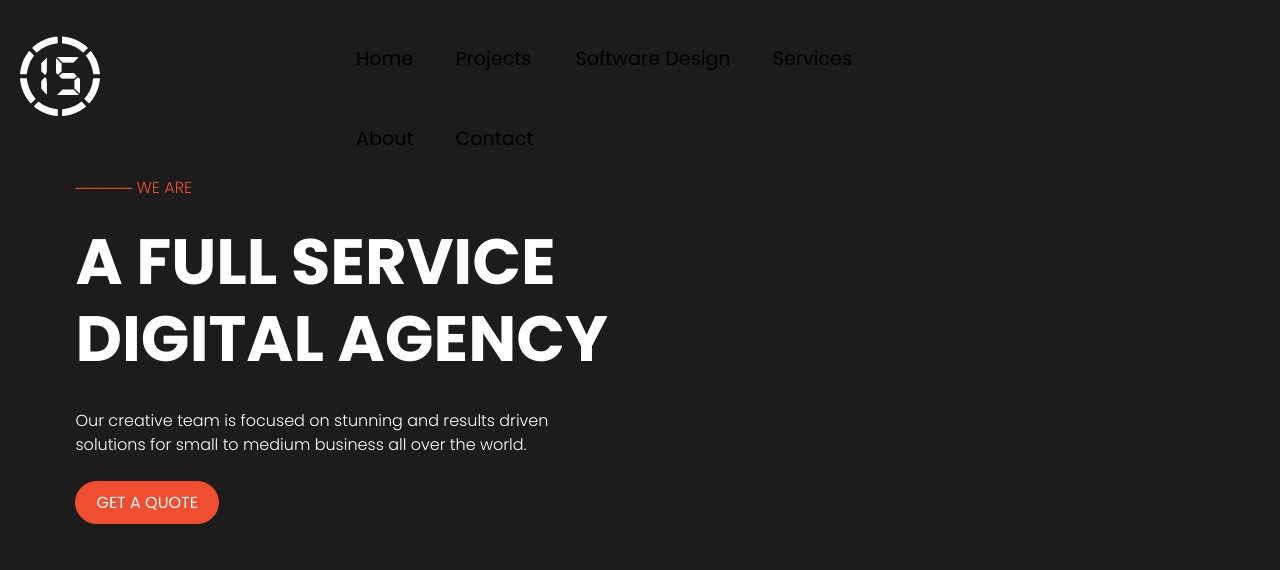
Repository: gopalpurohit54/one5
Page: /
These files come from the project's save history. The page is drawn as it stood at one moment and after the next save; the edit follows.
The browser window is 1280 px wide. The pictures show the whole page.
The project was rebuilt for these pictures with package versions that can differ from the ones it lists, and the page was loaded fresh each time.

Above is the page before, as saved 2021-06-11 15:17:46.

### src/index.css
@import url('https://fonts.googleapis.com/css2?family=Poppins:ital,wght@0,100;0,200;0,300;0,400;0,500;0,600;0,700;0,800;0,900;1,100;1,200;1,300;1,400;1,500;1,600;1,700;1,800;1,900&display=swap');

* {
  margin: 0;
  padding: 0;
  outline: none;
  font-family: 'Poppins', sans-serif;
  -webkit-font-smoothing: antialiased;
  -moz-osx-font-smoothing: grayscale;
}

code {
  font-family: source-code-pro, Menlo, Monaco, Consolas, 'Courier New',
    monospace;
}

### src/components/App.js
import React from 'react';
import Navbar from '../components/Navbar';
import { BrowserRouter as Router, Switch, Route } from 'react-router-dom';
import './App.css';
import Home from '../components/Pages/Home';

function App() {
  return (
    <>
    <Router>
      <Navbar />
      <Switch>
        <Route path='/' exact component= {Home} />
      </Switch>
    </Router>
    </>
  );
}



export default App

### src/components/navbar.js
import React, { useState } from 'react';
import { Link } from 'react-router-dom';
import './Navbar.css';

function Navbar() {

    const [click, setClick] = useState(false);

    const handleClick = () => setClick(!click);
    const closeMobileMenu = () => setClick(false);

    return (
        <>
            <nav className="navbar">
                <div className="navbar-container">
                    <Link to="/" className="navbar-logo" onClick= {closeMobileMenu}>
                        <img src="/logo-white.png" alt="" />
                    </Link>
                </div>
                <div className="menu-icon" onClick= {handleClick}>
                    <i className= { click ? 'fas fa-times' : 'fas fa-bars'} />
                </div>
                <ul className= { click ? 'nav-menu active' : 'nav-menu'}>
                    <li className= 'nav-item'>
                        <Link to= '/home' className='nav-links' onClick= {closeMobileMenu}>
                            Home
                        </Link>
                    </li>
                    <li className= 'nav-item'>
                        <Link to= '/projects' className='nav-links' onClick= {closeMobileMenu}>
                            Projects
                        </Link>
                    </li>
                    <li className= 'nav-item'>
                        <Link to= '/software-design' className='nav-links' onClick= {closeMobileMenu}>
                            Software Design
                        </Link>
                    </li>
                    <li className= 'nav-item'>
                        <Link to= '/services' className='nav-links' onClick= {closeMobileMenu}>
                            Services
                        </Link>
                    </li>
                    <li className= 'nav-item'>
                        <Link to= '/about' className='nav-links' onClick= {closeMobileMenu}>
                            About
                        </Link>
                    </li>
                    <li className= 'nav-item'>
                        <Link to= '/contact' className='nav-links' onClick= {closeMobileMenu}>
                            Contact
                        </Link>
                    </li>
                </ul>
            </nav>
        </>
    )
}

export default Navbar

### src/components/App.css

* {
    box-sizing: border-box;
    margin: 0;
    padding: 0;
    font-family: 'Poppins', sans-serif;
    background: #1c1c1c;
  }

### src/components/Pages/Home.js
import React from 'react';
import '../App.css';
import  HeroSection from '../HeroSection';

function Home() {
    return (
        <>
            <HeroSection />
        </>
    )
}

export default Home

### src/components/navbar.css
:root {
    --primary: #F04E31;
}

.navbar {
    background: transparent;
    height: 80px;
    display: flex;
    justify-content: flex-start;
    font-size: 1.2rem;
    position: sticky;
    top: 5%;
    z-index: 999;
}

.navbar-container {
    display: flex;
    justify-content: left;
    align-items: left;
    height: 80px;
    /* max-width: 1500px; */
}

.navbar-logo {
    justify-self: start;
    margin-left: 20px;
    cursor: pointer;
    display: flex;
    align-items: center;
}

.nav-menu {
    display: grid;
    grid-template-columns: repeat(4, auto);
    grid-gap: 10px;
    list-style: none;
    text-align: left;
    width: 60vw;
    justify-content: end;
    margin-right: 2rem;
}

.nav-item {
    height: 70px;
  }

  .nav-links {
    color: #000;
    display: flex;
    align-items: left;
    text-decoration: none;
    padding: 0.5rem 1rem;
    height: 100%;
  }

  .nav-links:hover {
    color: var(--primary);
    transition: all 0.2s ease-out;
  }

  .fa-bars {
    color: #fff;
  }

  .fa-bars:hover {
    color: #F04E31;
  }

  .nav-links-mobile {
    display: none;
  }

  .menu-icon {
    display: none;
  }

  @media screen and (max-width: 960px) {
    .NavbarItems {
      position: relative;
    }

    .nav-menu {
      display: flex;
      flex-direction: column;
      width: 100%;
      height: 90vh;
      position: absolute;
      top: 77px;
      left: -100%;
      opacity: 1;
      transition: all 0.5s ease;
    }

    .nav-menu.active {
      background: #fff;
      left: 0;
      opacity: 1;
      transition: all 0.5s ease;
      z-index: 1;
    }

    .nav-links {
      text-align: left;
      padding: 2rem;
      width: 100%;
      display: table;
    }

    .nav-links:hover {
      background-color: #fff;
      color: var(--primary);
      border-radius: 0;
    }

    .navbar-logo {
      position: absolute;
      top: 0;
      left: 0;
      transform: translate(25%, 50%);
    }

    .menu-icon {
      display: block;
      position: absolute;
      top: 0;
      right: 0;
      transform: translate(-100%, 60%);
      font-size: 1.8rem;
      cursor: pointer;
    }

    .fa-times {
      color: #000;
      font-size: 2rem;
    }

    .fa-times:hover {
      color: #F04E31;
    }
    .nav-links-mobile {
      display: block;
      text-align: left;
      margin: 2rem auto;
      border-radius: 4px;
      width: 80%;
      text-decoration: none;
      font-size: 1.5rem;
      background-color: transparent;
      color: #000;
      padding: 14px 20px;
      border: none;
      transition: all 0.3s ease-out;
    }

    .nav-links-mobile:hover {
      background: #fff;
      color: var(--primary);
      transition: 250ms;
    }
  }

### src/components/HeroSection.js
import React, { useState, useEffect } from 'react';
import './App.css';
import { Button } from './Button';
// import anim from '../src/assets/red-blob-hq.gif';
import styled from 'styled-components';
import { motion } from 'framer-motion';

function HeroSection() {

    const Section = styled.section `
        height: 75vh;
        display: flex;
        flex-direction: column;
        justify-content: center;
        align-items: center;
        background: #1c1c1c;
    `;

    const Container = styled.div `
        display: grid;
        grid-template-columns: 1fr 1fr;
        height: 100vh;
        padding: 3rem calc((100vw - 1300px) /2 );

        @media screen and (max-width: 768px){
            grid-grid-template-columns: 1fr;
        }
    `;

    const ColumnLeft = styled.div `
        display: flex;
        color: #fff;
        flex-direction: column;
        justify-content: center;
        align-items: flex-start;
        padding: 5rem 2rem;

        h1 {
            margin-bottom: 2rem;
            font-size: 4rem;
            line-height: 1.2;
        }

        p {
            margin-bottom: 1.5rem;
            font-size: 1rem;
            line-height: 1.5;
            font-style: normal;
            font-weight: 300;
        }

    `;
    const ColumnRight = styled.div ``

    // eslint-disable-next-line no-unused-vars
    const [button, setButton] = useState(true);

    const showButton = () => {
        if(window.innerWidth <= 960) {
            setButton(false);
        } else {
            setButton(true);
        }
    };

    useEffect ( ( ) => {
        showButton();
    }, []);

    window.addEventListener('resize', showButton);

    return (
        <Section className = 'hero-section'>
            <Container className = 'hero-container'>
                <ColumnLeft className = 'col-left'>
                    <p className = 'hero-shortdesc' style={{ color: '#F04E31' }}>───── WE ARE</p>
                    <h1>A FULL SERVICE <br/>
                    DIGITAL AGENCY</h1>
                    <p className = 'hero-desc'>Our creative team is focused on stunning and results driven <br/>
                    solutions for small to medium business all over the world.</p>
                    <div className='hero-btn'>
                    <Button className='btn' buttonStyle='btn--primary'>GET A QUOTE</Button>
                    </div>
                </ColumnLeft>
                {/* <ColumnRight className = 'col-right'>
                    <img src= { anim } style= {{ display: 'block', margin: 'auto' }} alt= "Loading..." />
                </ColumnRight> */}
            </Container>
        </Section>
    )
}

export default HeroSection

### src/components/Button.js
import React from 'react';
import './Button.css';
import { Link } from 'react-router-dom';

const STYLES = ['btn--primary', 'btn--outline', 'btn--test'];

const SIZES = ['btn--medium', 'btn--large'];

export const Button = ({
  children,
  type,
  onClick,
  buttonStyle,
  buttonSize
}) => {
  const checkButtonStyle = STYLES.includes(buttonStyle)
    ? buttonStyle
    : STYLES[0];

  const checkButtonSize = SIZES.includes(buttonSize) ? buttonSize : SIZES[0];

  return (
    <Link to='/sign-up' className='btn-mobile'>
      <button
        className={`btn ${checkButtonStyle} ${checkButtonSize}`}
        onClick={onClick}
        type={type}
      >
        {children}
      </button>
    </Link>
  );
};

### src/components/Button.css
:root {
    --primary: #F04E31;
}

.btn {
    padding: 8px 20px;
    border-radius: 30px;
    outline: none;
    border: none;
    cursor: pointer;
}

.btn--primary {
    background-color: var(--primary);
    color: #fff;
    border: 1px solid var(--primary);
}

.btn--outline {
    background-color: transparent;
    color: #F04E31;
    padding: 8px 20px;
    border: 1px solid var(--primary);
    transition: all 0.3s ease-out;
}

.btn--medium {
    padding: 8px 20px;
    font-size: 16px;
}

.btn--large {
    padding: 12px 26px;
    font-size: 16px;
}

.btn--medium:hover, .btn--large:hover {
    background: transparent;
    color: #F04E31;
    transition: all 0.3s ease-out;
}

Loaded but not shown: public/index.html (common file); src/index.js (common file); src/reportWebVitals.js (common file)

After the next save:
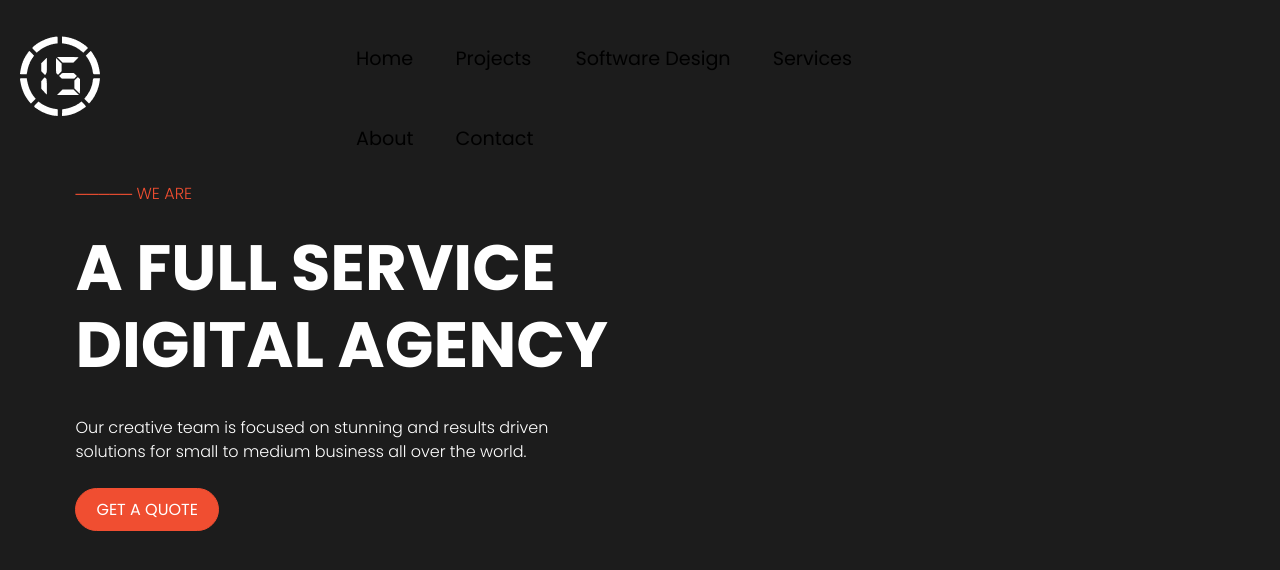
Saved 10 min 4 s later.
--- a/src/components/HeroSection.js
+++ b/src/components/HeroSection.js
@@ -20,7 +20,7 @@ function HeroSection() {
         display: grid;
         grid-template-columns: 1fr 1fr;
         height: 100vh;
-        padding: 3rem calc((100vw - 1300px) /2 );
+        padding: 7rem calc((100vw - 1300px) /2 );
 
         @media screen and (max-width: 768px){
             grid-grid-template-columns: 1fr;
